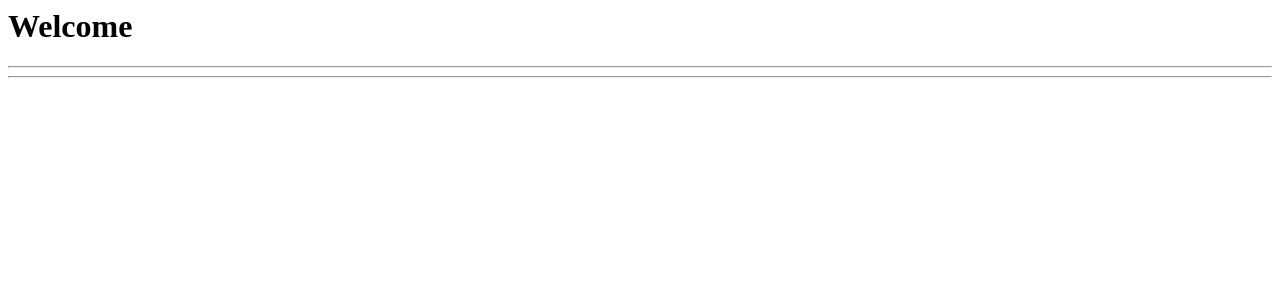
Repository: Ndifoinhilary/url_shortener
Page: http://localhost/
The author's editor kept a copy of each file at every save. The page is drawn from the files as they stood at one save, then again after the next save.
The browser window is 1280 px wide. The pictures show the whole page.
The page is served by the project's application, run on Django 4.2 (manage.py). Other server files are loaded and not shown. Queries for data that is not in the repository find no rows.

Above is the page before, as saved 2024-02-25 18:20:20.

### links/templates/links/index.html
<h1>Welcome</h1>


<ul>

    {% for link  in  links %}
        <li>{{ link.name}}</li>
    {% endfor %}


</ul>

<hr>
<hr>

<h2></h2>

### links/views.py
from django.shortcuts import get_object_or_404, render, redirect

from links.models import Link

# Create your views here.


def index(request):
    links = Link.objects.all()

    context = {"links": links}

    return render(request, "links/index.html", context)


def root_link(request, link_slug):

    link = get_object_or_404(Link, slug=link_slug)
    # add the number of times the link  is being clicked

    link.clicks()

    return redirect(link.url)

### config/urls.py
"""
URL configuration for config project.

The `urlpatterns` list routes URLs to views. For more information please see:
    https://docs.djangoproject.com/en/4.2/topics/http/urls/
Examples:
Function views
    1. Add an import:  from my_app import views
    2. Add a URL to urlpatterns:  path('', views.home, name='home')
Class-based views
    1. Add an import:  from other_app.views import Home
    2. Add a URL to urlpatterns:  path('', Home.as_view(), name='home')
Including another URLconf
    1. Import the include() function: from django.urls import include, path
    2. Add a URL to urlpatterns:  path('blog/', include('blog.urls'))
"""
from django.contrib import admin
from django.urls import path, include

urlpatterns = [
    path("admin/", admin.site.urls),
    path("", include("links.urls")),
]

### links/urls.py
from django.urls import path

from links.views import index, root_link


urlpatterns = [
    path("", index, name="home"),
    path("<str:link_slug>/", root_link, name="link"),
]

After the next save:
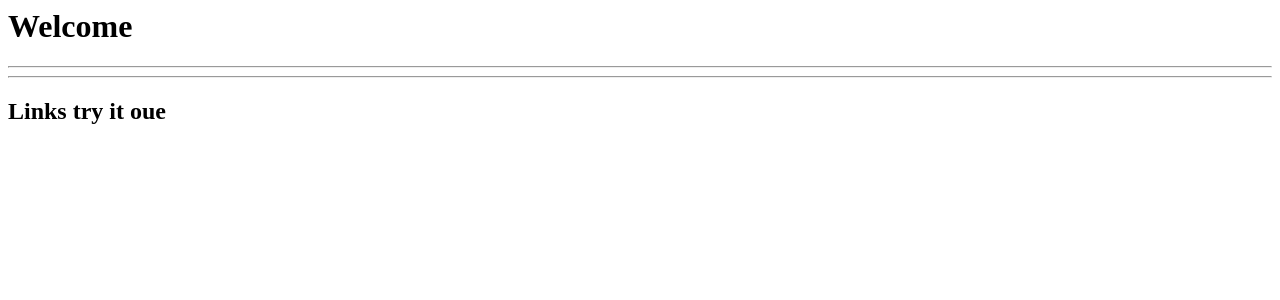
Saved 11 s later.
--- a/links/templates/links/index.html
+++ b/links/templates/links/index.html
@@ -13,4 +13,4 @@
 <hr>
 <hr>
 
-<h2></h2>
+<h2>Links try it oue</h2>
